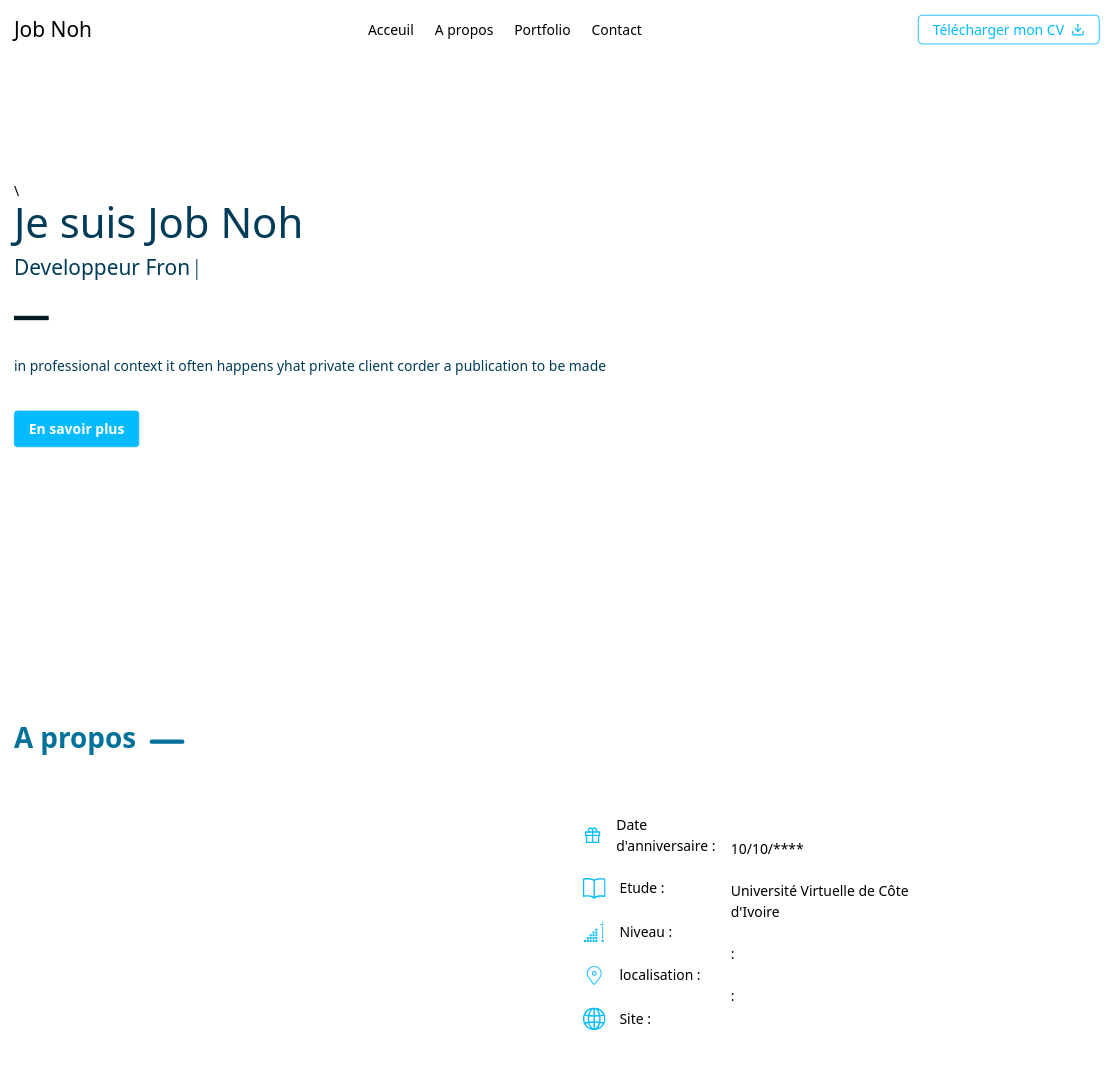
Repository: anoy1010/Nextportfolio
Page: /
These files come from the project's save history. The page is drawn as it stood at one moment and after the next save; the edit follows.
The browser window is 1280 px wide. The pictures show the whole page, at 87% of full size.
Backgrounds fixed to the window are drawn as part of the page. The project was rebuilt for these pictures with package versions that can differ from the ones it lists, and the page was loaded fresh each time. The framework's server and built-in components were replaced by stand-ins that run in the browser. Also part of the build but not shown: next.config.js, styles/Home.module.css.

Above is the page before, as saved 2023-03-06 17:52:23.

### pages/index.js
import Head from 'next/head'
import Image from 'next/image'
import { Inter } from '@next/font/google'
import styles from '../styles/Home.module.css'
import Navbar from '../components/Navbar'
import Hero from '../components/Hero'
import About from '../components/About'
const inter = Inter({ subsets: ['latin'] })

export default function Home() {
  return (
    <>
      <Head>
        <title>Portfolio | Noh Job</title>
        <meta name="description" content="Generated by create next app" />
        <meta name="viewport" content="width=device-width, initial-scale=1" />
        <link rel="icon" href="/favicon.ico" />
      </Head>

      <header>
        < Navbar />
      </header>

      <main>
        <Hero />
        <About/>
      </main>

    </>
  )
}

### styles/globals.css
@tailwind base;
@tailwind components;
@tailwind utilities;

@layer components {
  .btn{
    @apply bg-[#04bbff] text-white py-2 px-4 rounded inline-block mt-10 font-bold border border-[#04bbff] hover:bg-transparent hover:text-[#04bbff] transition duration-200
  }
}

### components/Navbar.js
import Link from 'next/link'
import React from 'react'
import {FiDownload} from 'react-icons/fi'
import {RiMenu5Line} from 'react-icons/ri'

const Navbar = () => {
  return (
    <div className='bg-white fixed top-0 w-[100%] z-10 '>
        <div className='container mx-auto flex justify-between items-center py-4 px-4'>
            <div className='text-[24px]'>Job Noh</div>

            <div className='hidden md:flex gap-6'>

                <Link href='/Acceuil' className='hover:text-[#04bbff]'>
                    Acceuil
                </Link>
                <Link href='/A propos' className='hover:text-[#04bbff]' >
                    A propos
                </Link>
                <Link href='/Portfolio' className='hover:text-[#04bbff]'>
                    Portfolio
                </Link>
                <Link href='/Contact' className='hover:text-[#04bbff]'>
                    Contact
                </Link>



            </div>

            <a href='#' className='hidden  md:flex border border-[#04bbff] px-4 py-1 text-[#04bbff] rounded-[5px] items-center gap-2 hover:bg-[#04bbff] hover:text-white transition duration-200 '>
                Télécharger mon CV
                <FiDownload/>
                </a>

            <div className='md:hidden text-[24px] '>
                <RiMenu5Line/>
            </div>
        </div>
    </div>
  )
}

export default Navbar

### components/Hero.js
import React from 'react'

import Typewriter, { TypewriterClass } from "typewriter-effect"
import Button from '../components/Button'

const Hero = () => {
  return (
    <div className='bg-[url("")] h-screen bg-cover bg-center bg-fixed flex items-center'>
        <div className='container mx-auto px-4'>\
            <div className='max-x-[450px] text-[#003c57] flex flex-col gap-[40px]'>
                <div>
                    <h1 className='text-5xl'>
                        Je suis Job Noh
                    </h1>
                    <h4 className=' text-2xl mt-3'>
                        <Typewriter
                            options = {{
                                strings: [
                                    "Developpeur Front-end",
                                    "Developpeur Back-end",
                                    "Analyste de donnée",
                                    "Chef de projet",
                                    "Graphic designer",
                                    "Developpeur mobile"
                                ],
                                changeDelay:3,
                                changeDeleteSpeed:2,
                                autoStart:true,
                                loop:true,
                            }}
                        />
                    </h4>
                </div>

                <div className='bg-[#051c24] h-[5px] w-[40px] '>
                </div>

                <div>
                    <p>
                    in professional context it often happens yhat private client
                    corder a publication to be made
                    </p>
                    <Button link="#" text="En savoir plus" />
                </div>

            </div>

        </div>
    </div>
  )
}

export default Hero

### components/About.js
import React from 'react'
import Heading from './Heading'


import {AiOutlineGift} from 'react-icons/ai'
import {TfiBook} from 'react-icons/tfi'
import {SlGlobe} from 'react-icons/sl'
import {CiLocationOn} from 'react-icons/ci'
import {GiLevelEndFlag} from 'react-icons/gi'

const About = () => {
  return (
    <section className='container mx-auto py-10 px-4'>

        <Heading title="A propos"/>

        <div className='grid grid-cols-1 md:grid-cols-2 gap-[60px]'>

            <div>
                <img className='w-[400px]' src="/" alt="" />
            </div>
            <div>
                <div className='flex items-center justify-between w-[400px]'>
                    <div className='flex flex-col gap-6'>

                        <div className='flex gap-4 items-center font-medium '>
                            <AiOutlineGift className='text-[#04bbff] text-[26px]' />
                            Date d'anniversaire :
                        </div>
                        <div className='flex gap-4 items-center font-medium '>
                            <TfiBook className='text-[#04bbff] text-[26px]' />
                            Etude :
                        </div>
                        <div className='flex gap-4 items-center font-medium '>
                            <GiLevelEndFlag className='text-[#04bbff] text-[26px]' />
                            Niveau :
                        </div>
                        <div className='flex gap-4 items-center font-medium '>
                            <CiLocationOn className='text-[#04bbff] text-[26px]' />
                            localisation :
                        </div>
                        <div className='flex gap-4 items-center font-medium '>
                            <SlGlobe className='text-[#04bbff] text-[26px]' />
                            Site :
                        </div>

                    </div>



                    <div className='flex flex-col gap-6 text-[#051c24]-600'>
                        <div>10/10/****</div>
                        <div>Université Virtuelle de Côte d'Ivoire</div>
                        <div>:</div>
                        <div>:</div>

                    </div>

                </div>
            </div>
        </div>

    </section>
  )
}

export default About

### components/Button.js
import React from 'react'

const Button = ({text, link}) => {
  return (
    <a href={link}className='btn'>{text}</a>
  )
}

export default Button

### components/Heading.js
import React from 'react'

const Heading = ({title}) => {
  return (
    <div className='text-[#007198] text-[32px] font-bold flex items-center gap-4 py-16'>
        {title}
        <div className='bg-[#007198] h-[5px] w-[40px] translate-y-1 rounded'></div>
    </div>
  )
}

export default Heading

Loaded but not shown: pages/_app.js (common file); pages/_document.js (common file); tailwind.config.js (common file)

After the next save:
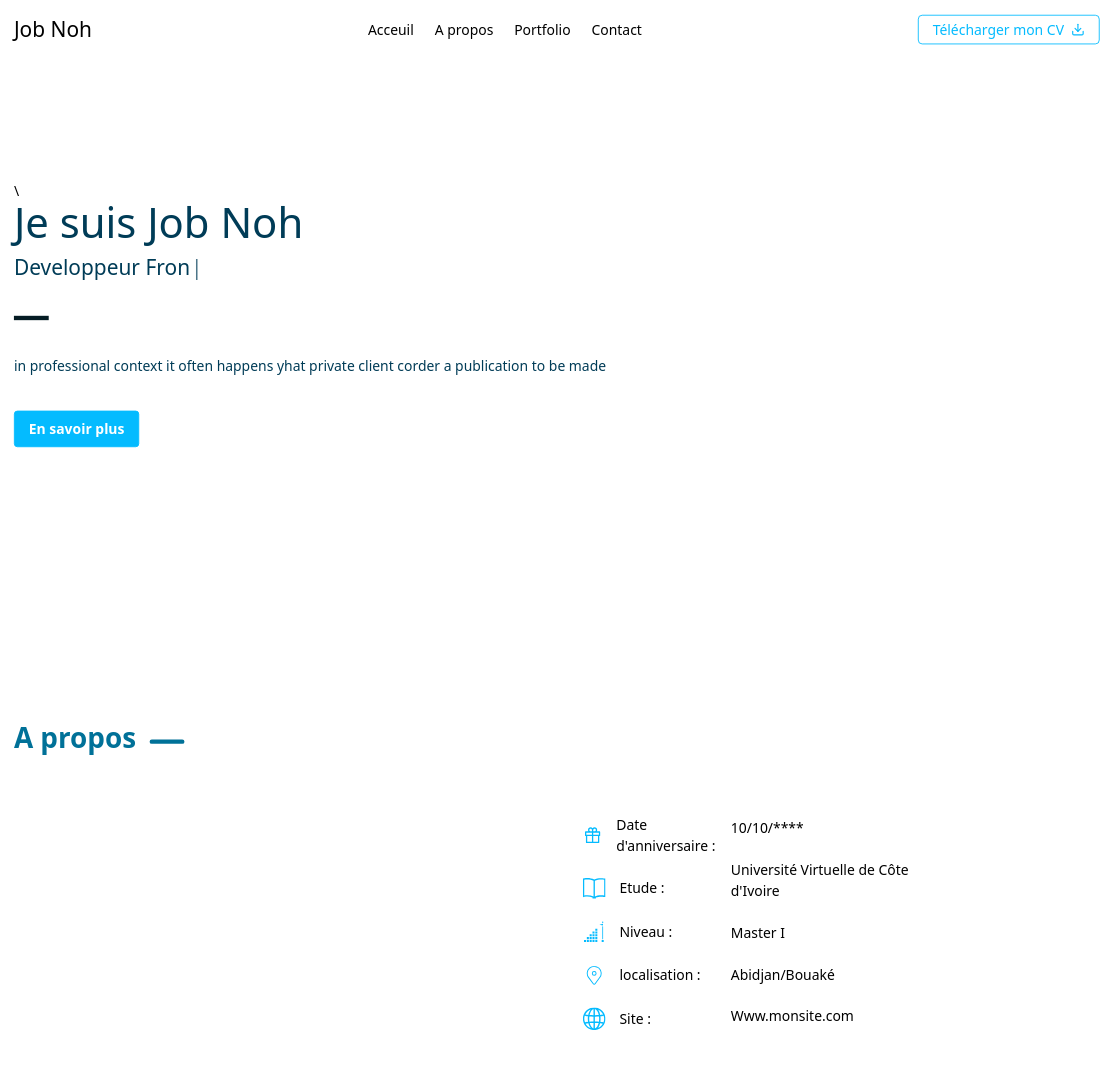
Saved 94 s later.
--- a/components/About.js
+++ b/components/About.js
@@ -51,8 +51,10 @@ const About = () => {
                     <div className='flex flex-col gap-6 text-[#051c24]-600'>
                         <div>10/10/****</div>
                         <div>Université Virtuelle de Côte d'Ivoire</div>
-                        <div>:</div>
-                        <div>:</div>
+                        <div>Master I</div>
+                        <div>Abidjan/Bouaké</div>
+                        <div>Www.monsite.com</div>
+
 
                     </div>
 
